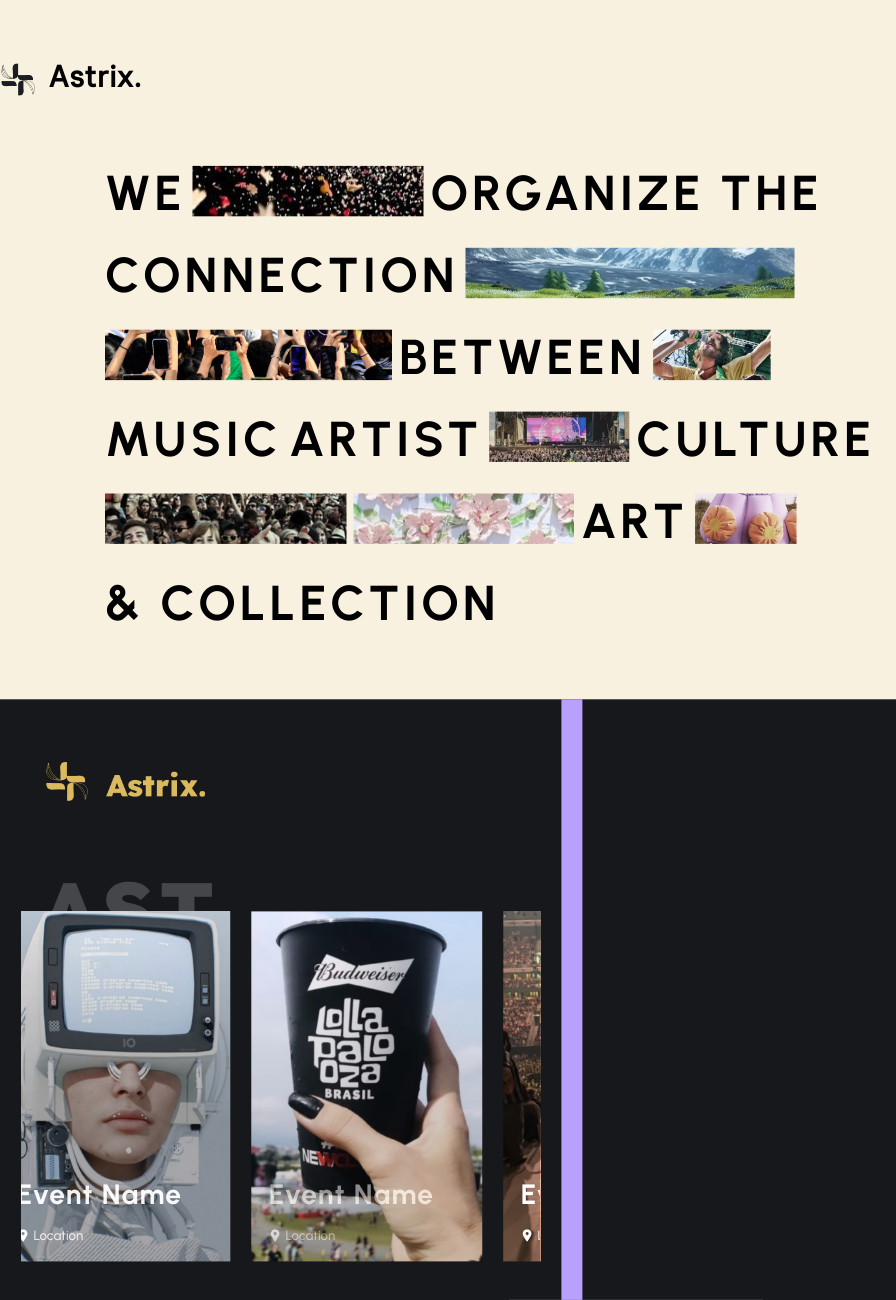
Repository: sharma171/astrix
Page: /
These files come from the project's save history. The page is drawn as it stood at one moment and after the next save; the edit follows.
The browser window is 1280 px wide. The pictures show the whole page, at 70% of full size.
The project was rebuilt for these pictures with package versions that can differ from the ones it lists, and the page was loaded fresh each time.

Above is the page before, as saved 2024-05-20 16:09:26.

After the next save:
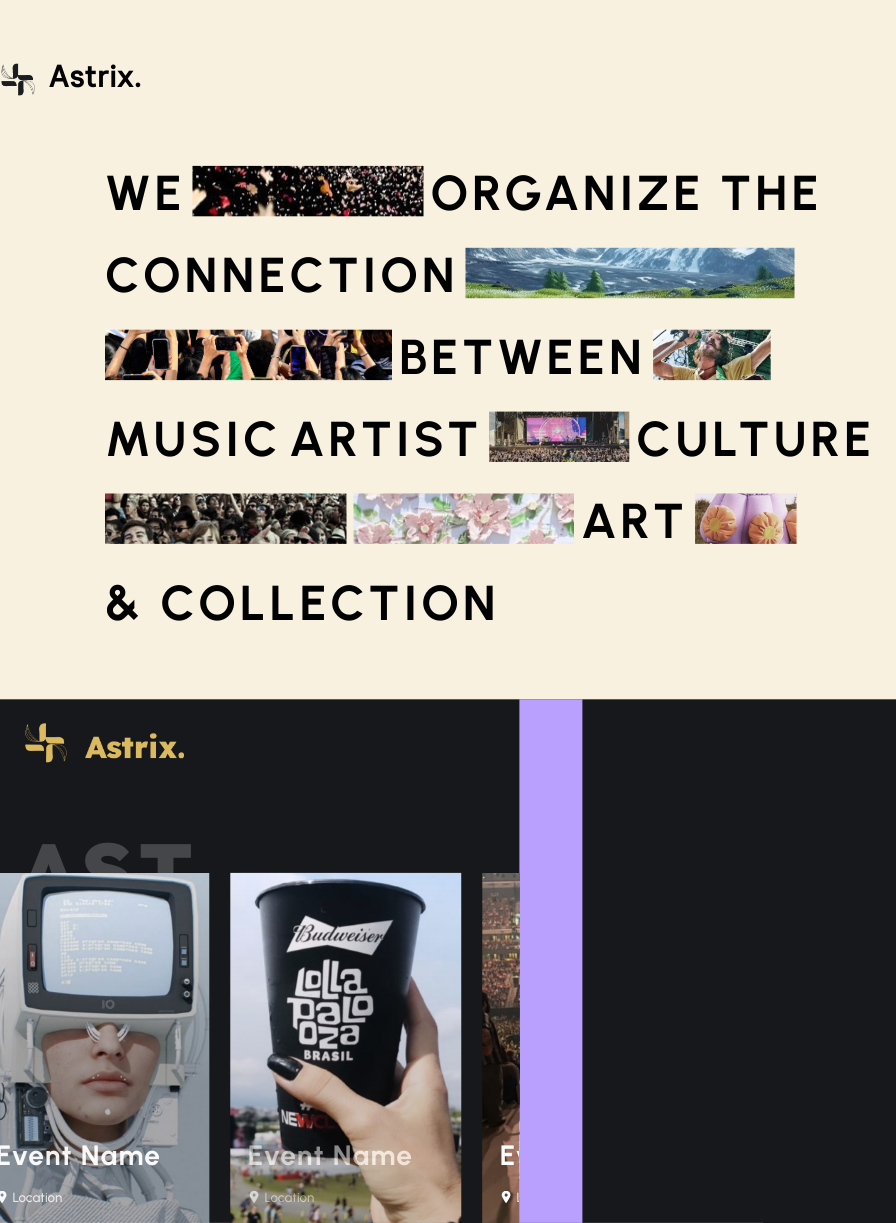
Saved 48 s later.
--- a/src/component/home.css
+++ b/src/component/home.css
@@ -287,7 +287,7 @@
     color: #ffffffd6;
 }
 
-.homesection .car-col{
+.homesection .car-col .sectiontabs{
     margin: 55px 30px;
 }
 
